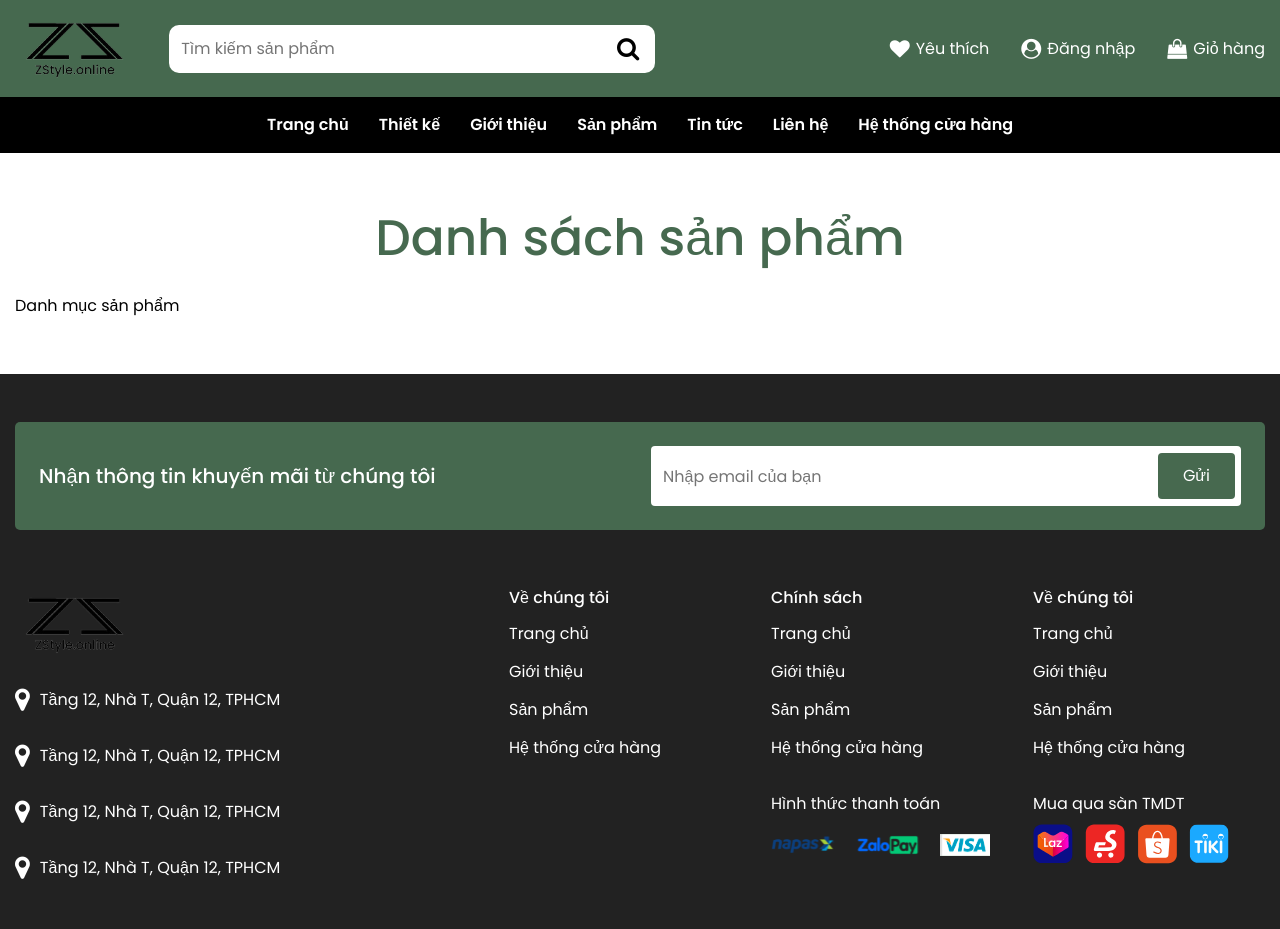
Repository: Toan3333/duanmau
Page: assets/pages/sanpham.html
These files come from the project's save history. The page is drawn as it stood at one moment and after the next save; the edit follows.
The browser window is 1280 px wide. The pictures show the whole page.
Some web libraries are served in a nearby version.

Above is the page before, as saved 2023-11-03 10:25:19.

### assets/pages/sanpham.html
<!DOCTYPE html>
<html lang="en">
  <head>
    <meta charset="UTF-8" />
    <meta name="viewport" content="width=device-width, initial-scale=1.0" />
    <title>Đăng nhập</title>
    <link
      rel="stylesheet"
      type="text/css"
      href="https://cdn.jsdelivr.net/npm/slick-carousel@1.8.1/slick/slick.css" />
    <link rel="stylesheet" href="../css/style.css" />
    <link
      rel="stylesheet"
      href="https://cdnjs.cloudflare.com/ajax/libs/font-awesome/4.7.0/css/font-awesome.min.css"
      integrity="sha512-SfTiTlX6kk+qitfevl/7LibUOeJWlt9rbyDn92a1DqWOw9vWG2MFoays0sgObmWazO5BQPiFucnnEAjpAB+/Sw=="
      crossorigin="anonymous"
      referrerpolicy="no-referrer" />
    <link
      rel="stylesheet"
      type="text/css"
      href="https://cdn.jsdelivr.net/npm/slick-carousel@1.8.1/slick/slick.css" />

    <link
      href="https://fonts.googleapis.com/css?family=Poppins:100,100italic,200,200italic,300,300italic,regular,italic,500,500italic,600,600italic,700,700italic,800,800italic,900,900italic"
      rel="stylesheet" />
  </head>
  <body>
    <div class="app">
      <!-- Header -->
      <header class="header">
        <div class="container">
          <div class="header-main">
            <div class="header-logo">
              <a href="#">
                <img src="../images/logo.svg" alt="" />
              </a>
            </div>
            <form action="" class="header-form">
              <div class="header-input">
                <input type="text" placeholder="Tìm kiếm sản phẩm" />
                <div class="header-input-icon">
                  <i class="fa fa-search" aria-hidden="true"></i>
                </div>
              </div>
            </form>
            <div class="header-auth">
              <div class="header-auth__item">
                <i class="fa fa-heart" aria-hidden="true"></i>
                <a href="#" class="header-link">Yêu thích</a>
              </div>
              <div class="header-auth__item">
                <i class="fa fa-user-circle" aria-hidden="true"></i>
                <a href="#" class="header-link">Đăng nhập</a>
              </div>
              <div class="header-auth__item">
                <i class="fa fa-shopping-bag" aria-hidden="true"></i>
                <a href="#" class="header-link">Giỏ hàng</a>
              </div>
            </div>
          </div>
        </div>
      </header>
      <!-- Header end -->
      <section class="header-bottom">
        <div class="container">
          <div class="header-bottom__main">
            <ul class="header-menu">
              <li class="header-menu-item">
                <a href="/index.html" class="header-menu-link">Trang chủ</a>
              </li>
              <li class="header-menu-item">
                <a href="#" class="header-menu-link">Thiết kế</a>
              </li>
              <li class="header-menu-item">
                <a href="#" class="header-menu-link">Giới thiệu</a>
              </li>
              <li class="header-menu-item">
                <a href="#" class="header-menu-link">Sản phẩm</a>
              </li>
              <li class="header-menu-item">
                <a href="#" class="header-menu-link">Tin tức</a>
              </li>
              <li class="header-menu-item">
                <a href="#" class="header-menu-link">Liên hệ</a>
              </li>
              <li class="header-menu-item">
                <a href="#" class="header-menu-link">Hệ thống cửa hàng</a>
              </li>
            </ul>
          </div>
        </div>
      </section>
      <section class="list-product">
        <div class="container">
          <div class="heading-primary">Danh sách sản phẩm</div>
          <div class="list-product__main">
            <div class="list-product__left">
              <div class="list-product__left-aside">Danh mục sản phẩm</div>
            </div>
            <div class="list-product__right"></div>
          </div>
        </div>
      </section>
      <footer class="footer">
        <div class="container">
          <div class="footer-box">
            <div class="footer-box__title">Nhận thông tin khuyến mãi từ chúng tôi</div>
            <form action="" class="footer-form">
              <div class="footer-form__input">
                <input class="form-control" type="text" placeholder="Nhập email của bạn " />
                <div class="footer-form__submit">
                  <button type="submit" class="footer-btn">Gửi</button>
                </div>
              </div>
            </form>
          </div>
          <div class="footer-list">
            <div class="footer-column">
              <div class="footer-logo">
                <a href="#">
                  <img src="../images/logo.svg" alt="" />
                </a>
                <div class="footer-nav">
                  <ul class="footer-menu">
                    <li class="footer-item">
                      <a href="#" class="footer-link"
                        ><i class="fa fa-map-marker" aria-hidden="true"></i>
                        Tầng 12, Nhà T, Quận 12, TPHCM
                      </a>
                    </li>
                    <li class="footer-item">
                      <a href="#" class="footer-link"
                        ><i class="fa fa-map-marker" aria-hidden="true"></i>
                        Tầng 12, Nhà T, Quận 12, TPHCM
                      </a>
                    </li>
                    <li class="footer-item">
                      <a href="#" class="footer-link"
                        ><i class="fa fa-map-marker" aria-hidden="true"></i>
                        Tầng 12, Nhà T, Quận 12, TPHCM
                      </a>
                    </li>
                    <li class="footer-item">
                      <a href="#" class="footer-link"
                        ><i class="fa fa-map-marker" aria-hidden="true"></i>
                        Tầng 12, Nhà T, Quận 12, TPHCM
                      </a>
                    </li>
                  </ul>
                </div>
              </div>
            </div>
            <div class="footer-column">
              <h4 class="footer-title">Về chúng tôi</h4>
              <ul class="footer-menus">
                <li>
                  <a href="#" class="footer-link">Trang chủ </a>
                </li>
                <li>
                  <a href="#" class="footer-link">Giới thiệu</a>
                </li>
                <li>
                  <a href="#" class="footer-link">Sản phẩm</a>
                </li>
                <li>
                  <a href="#" class="footer-link">Hệ thống cửa hàng</a>
                </li>
              </ul>
            </div>
            <div class="footer-column">
              <h4 class="footer-title">Chính sách</h4>
              <ul class="footer-menus">
                <li>
                  <a href="#" class="footer-link">Trang chủ </a>
                </li>
                <li>
                  <a href="#" class="footer-link">Giới thiệu</a>
                </li>
                <li>
                  <a href="#" class="footer-link">Sản phẩm</a>
                </li>
                <li>
                  <a href="#" class="footer-link">Hệ thống cửa hàng</a>
                </li>
              </ul>
              <div class="footer-checkout">
                <div class="footer-checkout__title">Hình thức thanh toán</div>
                <div class="footer-checkout__icon">
                  <img src="../images/napas.svg" alt="" />
                  <img src="../images/zalopay-icon.svg" alt="" />
                  <img src="../images/visa.svg" alt="" />
                </div>
              </div>
            </div>
            <div class="footer-column">
              <h4 class="footer-title">Về chúng tôi</h4>
              <ul class="footer-menus">
                <li>
                  <a href="#" class="footer-link">Trang chủ </a>
                </li>
                <li>
                  <a href="#" class="footer-link">Giới thiệu</a>
                </li>
                <li>
                  <a href="#" class="footer-link">Sản phẩm</a>
                </li>
                <li>
                  <a href="#" class="footer-link">Hệ thống cửa hàng</a>
                </li>
              </ul>
              <div class="footer-checkout">
                <div class="footer-checkout__title">Mua qua sàn TMDT</div>
                <div class="footer-checkout__icon">
                  <img class="footer-icon__image" src="../images/lazada.svg" alt="" />
                  <img class="footer-icon__image" src="../images/sendo.svg" alt="" />
                  <img class="footer-icon__image" src="../images/shopee.svg" alt="" />
                  <img class="footer-icon__image" src="../images/tiki.svg" alt="" />
                </div>
              </div>
            </div>
          </div>
        </div>
      </footer>
    </div>
    <script type="text/javascript" src="https://code.jquery.com/jquery-1.11.0.min.js"></script>
    <script
      type="text/javascript"
      src="https://code.jquery.com/jquery-migrate-1.2.1.min.js"></script>
    <script
      type="text/javascript"
      src="https://cdn.jsdelivr.net/npm/slick-carousel@1.8.1/slick/slick.min.js"></script>
    <script src="./assets/js/app.js"></script>
  </body>
</html>

Loaded but not shown: assets/js/app.js (13 lines, source omitted); assets/css/style.css (949 lines, source omitted)

After the next save:
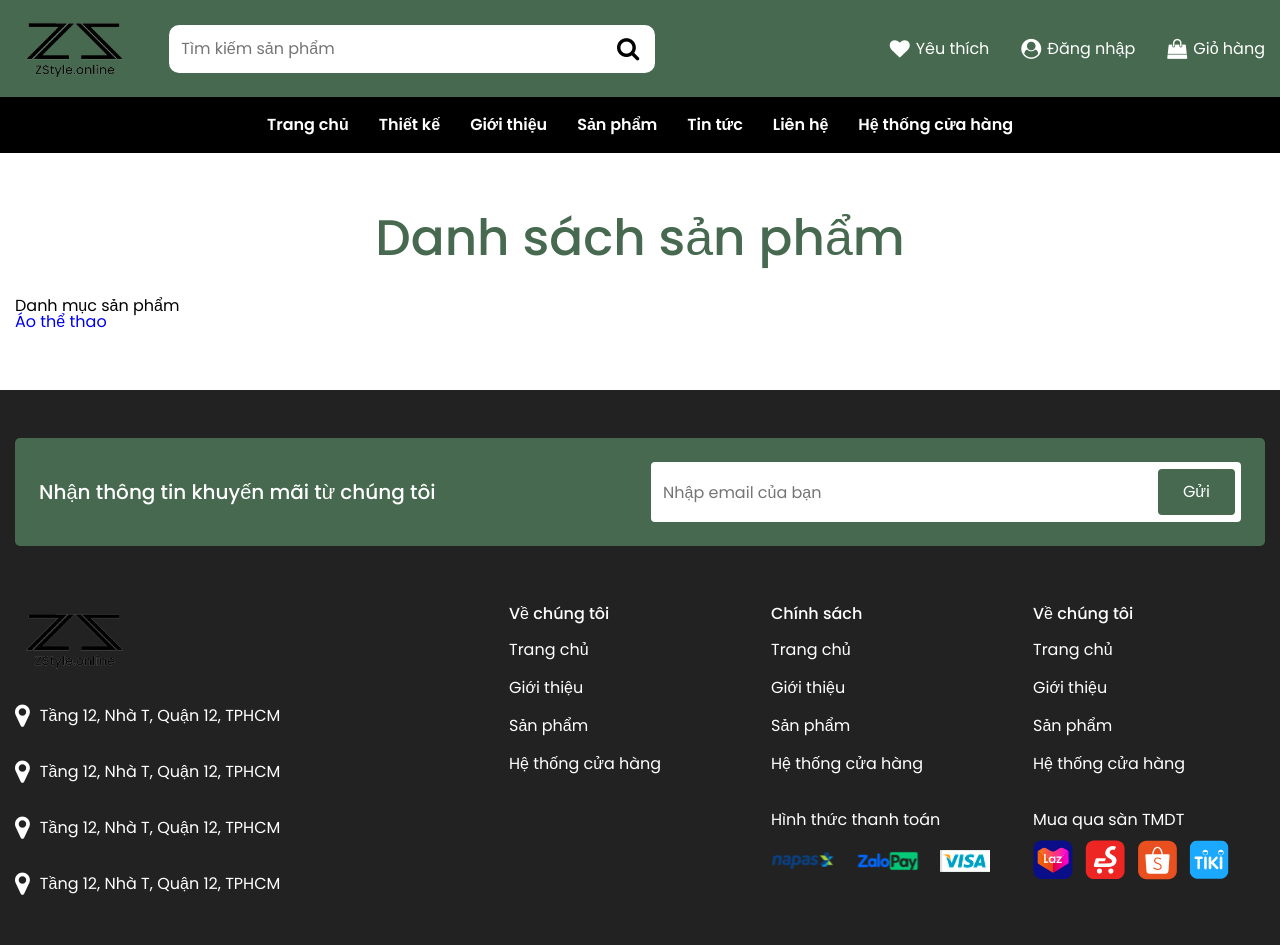
Saved 95 s later.
--- a/assets/pages/sanpham.html
+++ b/assets/pages/sanpham.html
@@ -96,6 +96,13 @@
           <div class="list-product__main">
             <div class="list-product__left">
               <div class="list-product__left-aside">Danh mục sản phẩm</div>
+              <div class="list-product__left-aside-item">
+                <ul class="navbar-aside">
+                  <li class="navbar-list">
+                    <a href="#" class="navbar-link">Áo thể thao</a>
+                  </li>
+                </ul>
+              </div>
             </div>
             <div class="list-product__right"></div>
           </div>
